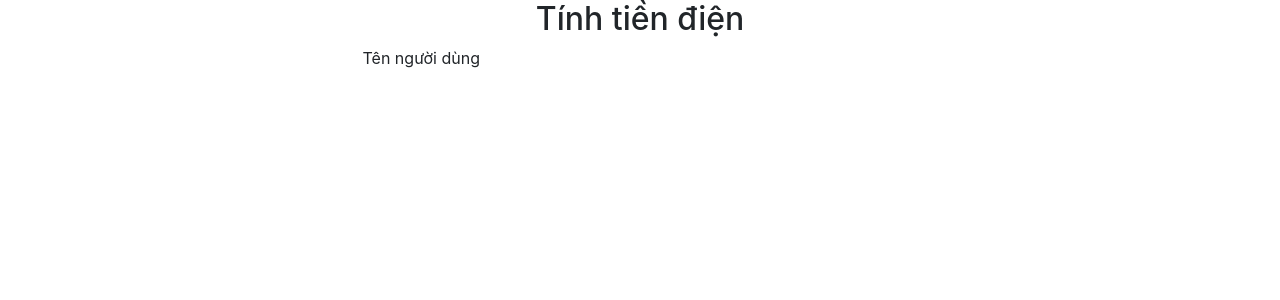
Repository: dovanthao2404/BC14_BaiTap_JS_Buoi_5_dovanthao
Page: html/bai2.html
These files come from the project's save history. The page is drawn as it stood at one moment and after the next save; the edit follows.
The browser window is 1280 px wide. The pictures show the whole page.

Above is the page before, as saved 2021-07-04 15:23:10.

### html/bai2.html
<!DOCTYPE html>
<html lang="en">

<head>
  <meta charset="UTF-8">
  <meta http-equiv="X-UA-Compatible" content="IE=edge">
  <meta name="viewport" content="width=device-width, initial-scale=1.0">
  <title>Document</title>
  <!-- BS -->
  <link rel="stylesheet" href="https://cdn.jsdelivr.net/npm/bootstrap@4.6.0/dist/css/bootstrap.min.css"
    integrity="sha384-B0vP5xmATw1+K9KRQjQERJvTumQW0nPEzvF6L/Z6nronJ3oUOFUFpCjEUQouq2+l" crossorigin="anonymous">
</head>

<body>

  <div class="container">
    <div class="electricityBill">
      <form class="w-50 mx-auto">
        <h2 class="text-center">Tính tiền điện</h2>
        <div class="form-group">
          <label for="">Tên người dùng</label>

        </div>
      </form>
    </div>
  </div>


  <!-- BS -->
  <script src="https://code.jquery.com/jquery-3.5.1.slim.min.js"
    integrity="sha384-DfXdz2htPH0lsSSs5nCTpuj/zy4C+OGpamoFVy38MVBnE+IbbVYUew+OrCXaRkfj"
    crossorigin="anonymous"></script>
  <script src="https://cdn.jsdelivr.net/npm/bootstrap@4.6.0/dist/js/bootstrap.bundle.min.js"
    integrity="sha384-Piv4xVNRyMGpqkS2by6br4gNJ7DXjqk09RmUpJ8jgGtD7zP9yug3goQfGII0yAns"
    crossorigin="anonymous"></script>
  <script src="../js/bai2.js"></script>
</body>

</html>

Loaded but not shown: js/bai2.js (no stored copy; drawn as an empty file)

After the next save:
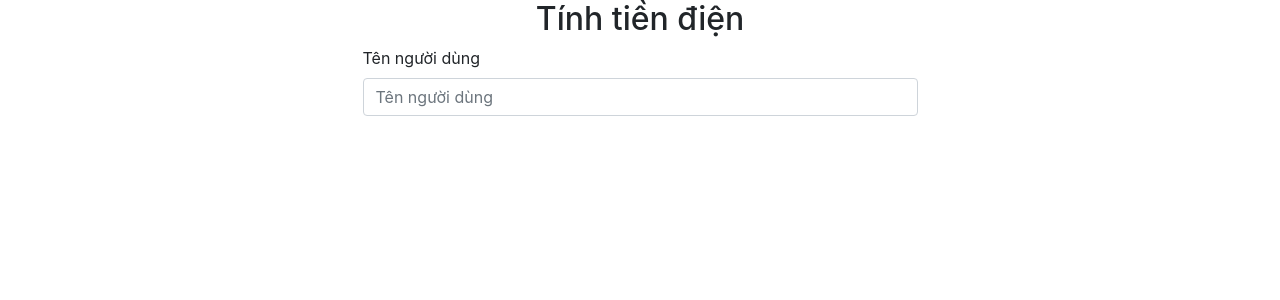
Saved 41 s later.
--- a/html/bai2.html
+++ b/html/bai2.html
@@ -19,7 +19,8 @@
         <h2 class="text-center">Tính tiền điện</h2>
         <div class="form-group">
           <label for="">Tên người dùng</label>
-
+          <input type="text" class="form-control" placeholder="Tên người dùng">
+          <span></span>
         </div>
       </form>
     </div>
